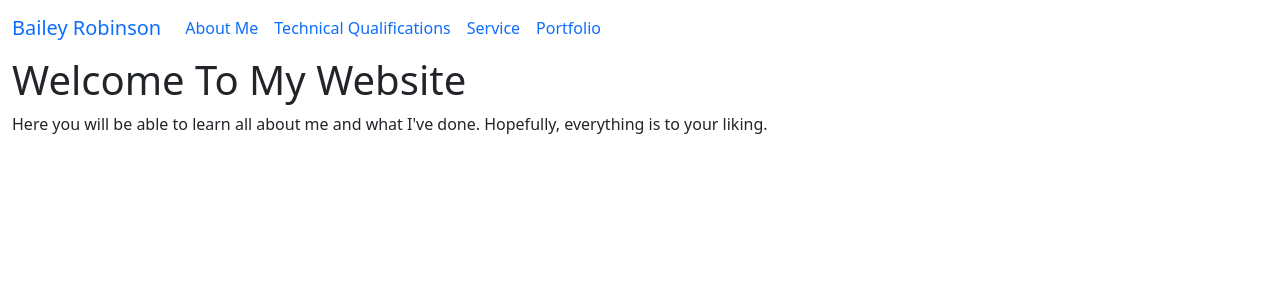
Repository: baileyjrob/personal_website
Page: index.html
The author's editor kept a copy of each file at every save. The page is drawn from the files as they stood at one save, then again after the next save.
The browser window is 1280 px wide. The pictures show the whole page.

Above is the page before, as saved 2022-04-20 13:45:19.

After the next save:
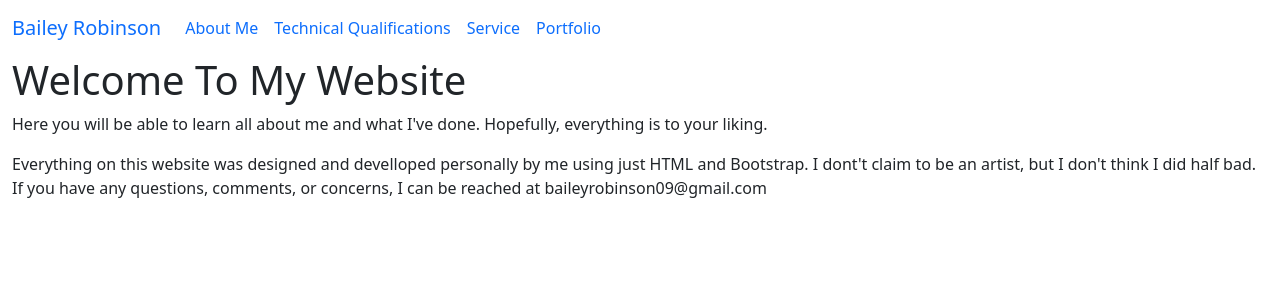
Saved 3 min 16 s later.
--- a/index.html
+++ b/index.html
@@ -40,6 +40,10 @@
     <div class="container-fluid">
         <h1>Welcome To My Website</h1>
         <p>Here you will be able to learn all about me and what I've done. Hopefully, everything is to your liking.</p>
+        <p>Everything on this website was designed and develloped personally by me using just HTML and Bootstrap. I
+            dont't claim to be an artist, but I don't think I did half bad. If you have any questions, comments, or
+            concerns, I can be reached at baileyrobinson09@gmail.com
+        </p>
     </div>
 </body>
 
